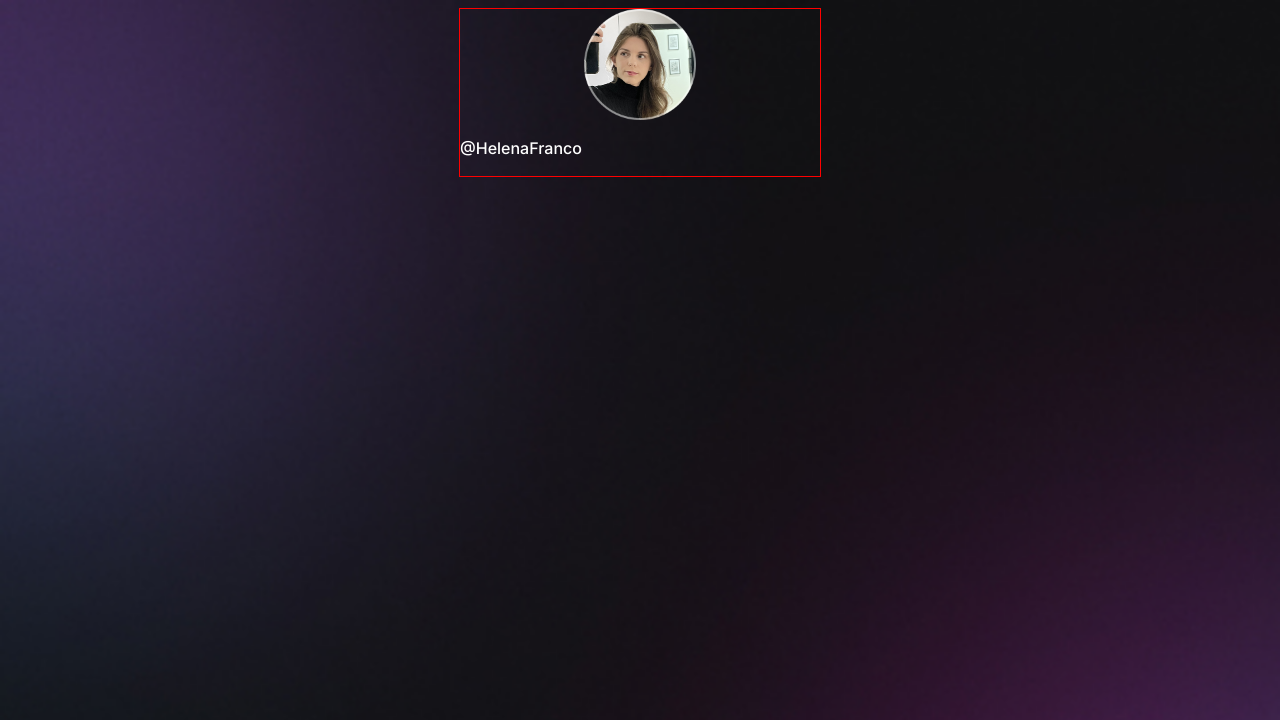
Repository: Fr4nc021/Pagina-de-links-
Page: index.html
These files come from the project's save history. The page is drawn as it stood at one moment and after the next save; the edit follows.
The browser window is 1280 px wide. The pictures show the whole page.

Above is the page before, as saved 2025-02-07 16:36:41.

After the next save:
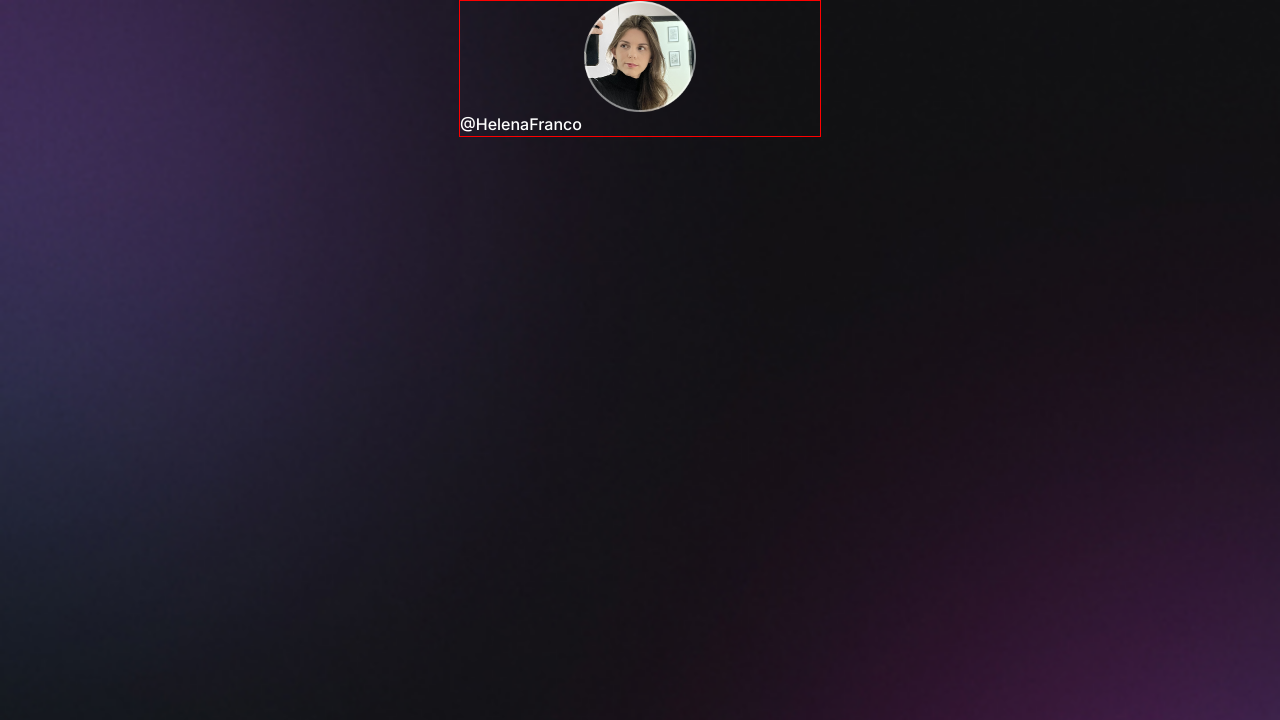
Saved 2 min 13 s later.
--- a/style.css
+++ b/style.css
@@ -1,8 +1,8 @@
 * {
-    margin: 0
-    padding: 0;
+    margin: 0%;
+    padding: 0%;
+}
 
-}
 
 body {
 background: url(./assets/bg-mobile.jpg) no-repeat top center/cover;
